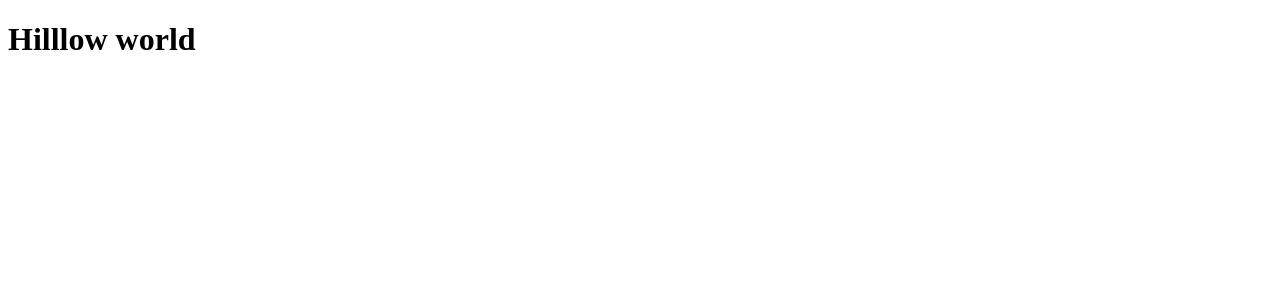
Repository: GEOkettle/SPRING_BLOG
Page: blog/src/main/resources/public/index.html
The author's editor kept a copy of each file at every save. The page is drawn from the files as they stood at one save, then again after the next save.
The browser window is 1280 px wide. The pictures show the whole page.

Above is the page before, as saved 2023-03-24 06:51:34.

After the next save:
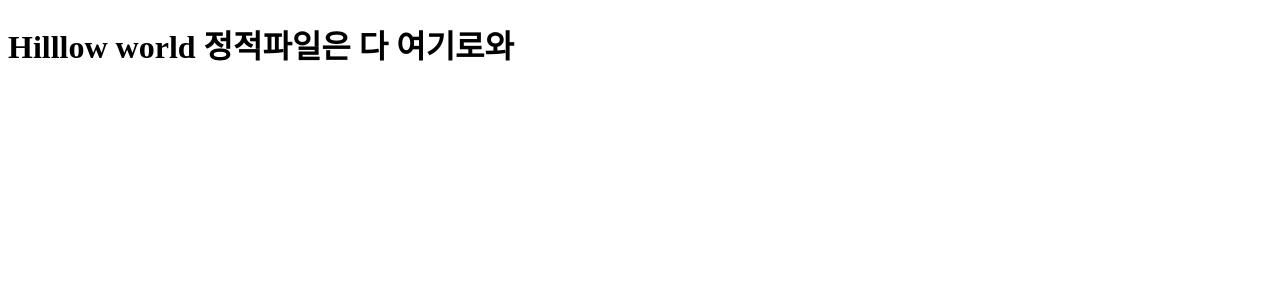
Saved 119 s later.
--- a/blog/src/main/resources/public/index.html
+++ b/blog/src/main/resources/public/index.html
@@ -10,5 +10,5 @@
 
    <body>
 
-   <h1>Hilllow world</h1>
+   <h1>Hilllow world 정적파일은 다 여기로와 </h1>
    </body>
